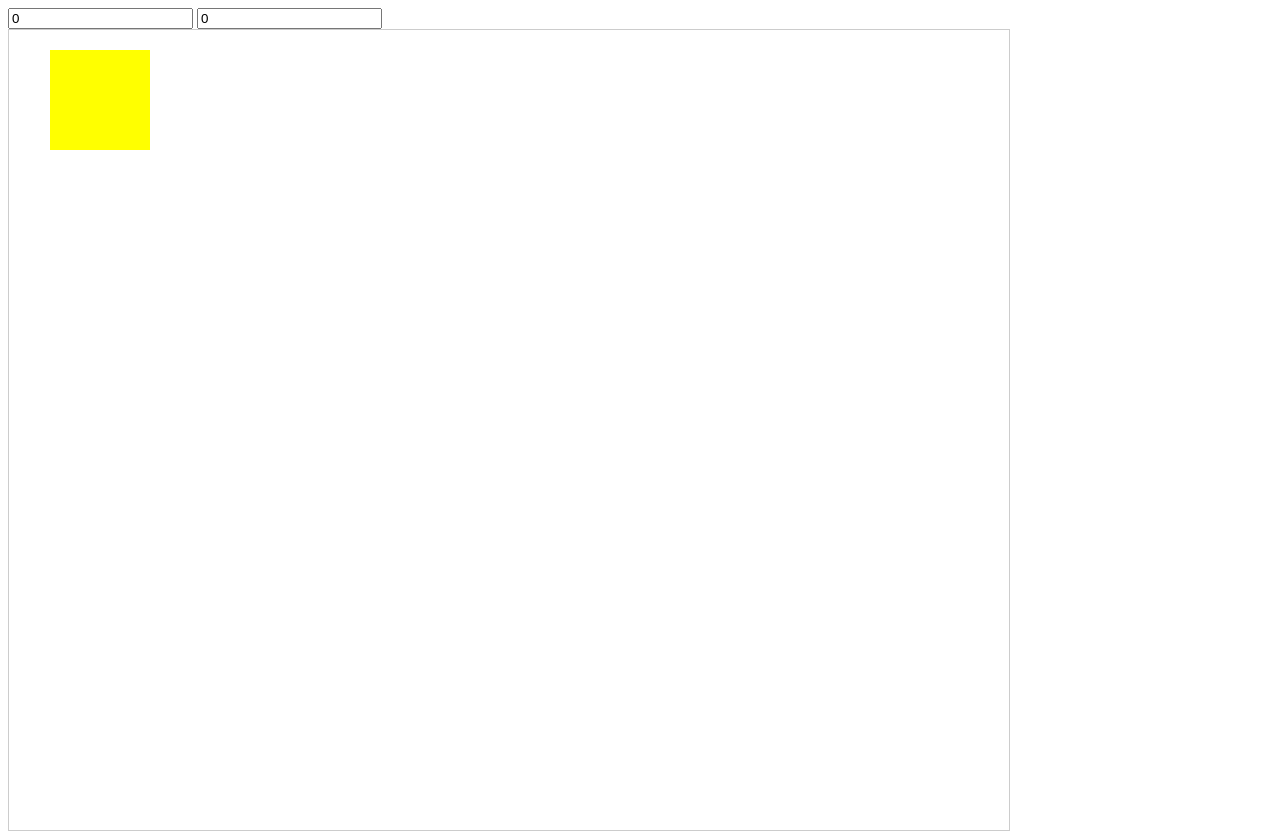
Repository: mjh1583/Hustar03_eGov
Page: http://localhost/JavaScript/js011.jsp
An editor plug-in stored every save of this project. The page is shown before and after the next save, followed by the edit.
The browser window is 1280 px wide. The pictures show the whole page.
Empty fields were first filled with sample values (such as "Sample", 5 or name@example.com).
After loading, the first visible `#contentsArea` was clicked once.
The page is served by Tomcat 9.

Above is the page before, as saved 2021-05-07 02:01:28.

After the next save:
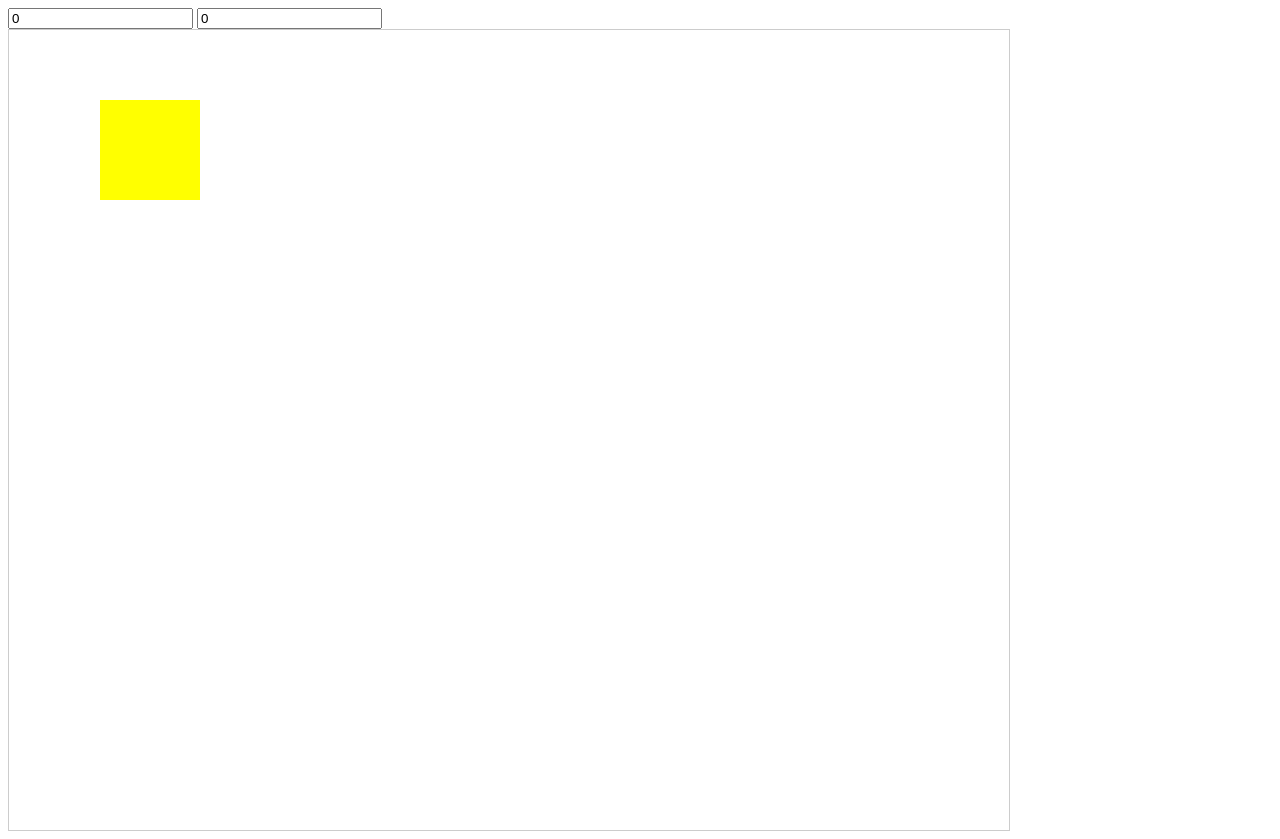
Saved 60 s later.
--- a/workspace/JavaScript/src/main/webapp/js011.jsp
+++ b/workspace/JavaScript/src/main/webapp/js011.jsp
@@ -36,8 +36,8 @@
 			$('#div1').attr('top', x);
 			$('#div1').attr('left', y);
 
-			$('#div1').animate({marginLeft: x + 'px'}, 100, 'linear');
-			$('#div1').animate({marginTop: y + 'px'}, 100, 'linear');
+			$('#div1').animate({marginLeft: x + 50 + 'px'}, 100, 'linear');
+			$('#div1').animate({marginTop: y + 50 + 'px'}, 100, 'linear');
 		});
 	</script>
 </body>
